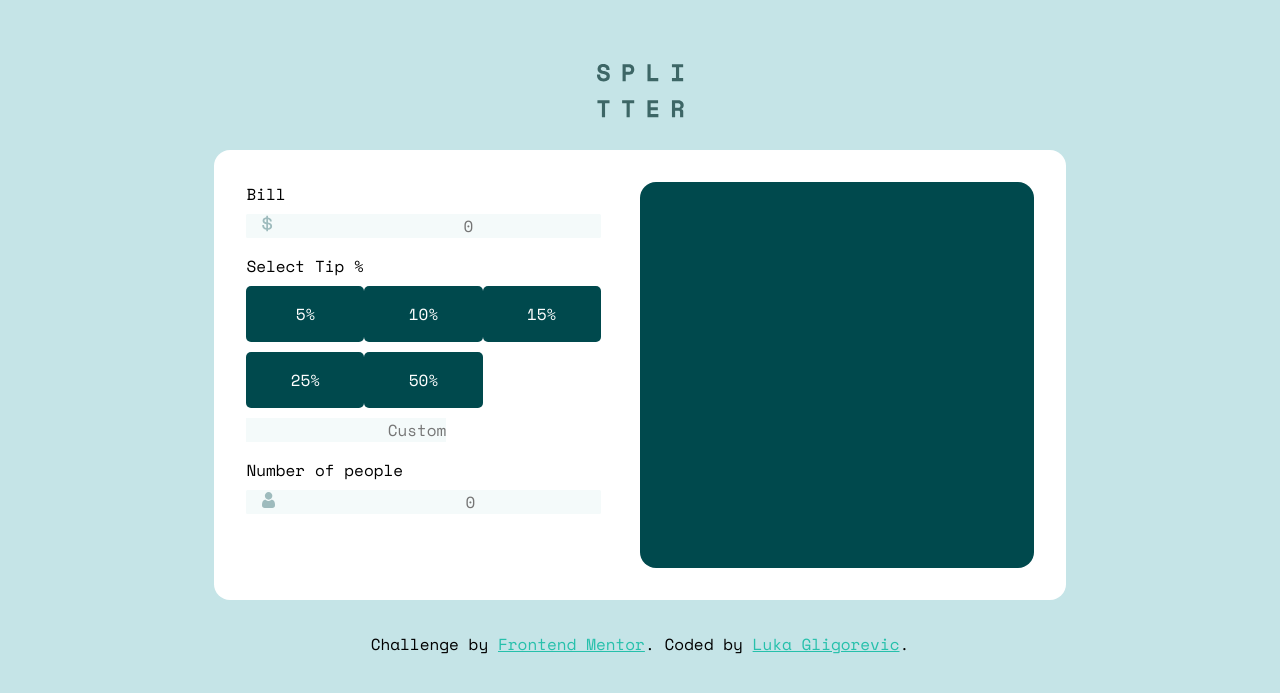
Repository: gligor99/tip-fmentor
Page: /
An editor plug-in stored every save of this project. The page is shown before and after the next save, followed by the edit.
The browser window is 1280 px wide. The pictures show the whole page.
The project was rebuilt for these pictures with package versions that can differ from the ones it lists, and the page was loaded fresh each time.

Above is the page before, as saved 2021-11-26 22:30:08.

### src/index.css
@import url("https://fonts.googleapis.com/css2?family=Space+Mono:wght@400;700&display=swap");

:root {
  --clr-primary: hsl(172, 67%, 45%);
  --clr-dark-cyan: hsl(183, 100%, 15%);
  --clr-dark-grayish-cyan: hsl(186, 14%, 43%);
  --clr-dark-grayish-cyan2: hsl(184, 14%, 56%);
  --clr-light-grayish-cyan: hsl(185, 41%, 84%);
  --clr-light-grayish-cyan2: hsl(189, 41%, 97%);
  --clr-white: hsl(0, 0%, 100%);
}

*,
::after,
::before {
  margin: 0;
  padding: 0;
  box-sizing: border-box;
}
body {
  font-family: "Space Mono", sans-serif;
  background: var(--clr-light-grayish-cyan);
  color: var(--clr-grey-1);
  line-height: 1.5;
  font-size: 1rem;
}

.App {
  display: flex;
  flex-direction: column;
  justify-content: center;
  padding: 2rem;
  max-height: 100vh;
}

.logo {
  display: flex;
  justify-content: center;
  padding: 2rem;
}

.attribution {
  font-size: 1rem;
  text-align: center;
  padding: 2rem;
}
.attribution a {
  color: var(--clr-primary);
}

.container {
  display: flex;
  justify-content: center;
  align-items: center;
  background-color: var(--clr-white);
  height: 30rem;
  width: 70%;
  margin: auto;
  padding: 2em;
  border-radius: 1rem;
}
.left-side,
.right-side {
  display: inline-block;
  height: 100%;
  width: 100%;
  border-radius: 1rem;
}
.left-side {
  background-color: var(--clr-white);
  display: flex;
  flex-direction: column;
}
.right-side {
  background-color: var(--clr-dark-cyan);
}
label {
  display: inline-block;
  margin-top: 1rem;
  margin-block-end: 0.5em;
}

label:nth-child(1) {
  margin-top: 0px;
}
.input-div {
  background-color: hsl(189, 41%, 97%);
  width: 90%;
  border-radius: 0.1rem;
  margin-top: 0px;
}
/* Hiding arrows from number inputs */
/* Chrome, Safari, Edge, Opera */
input::-webkit-outer-spin-button,
input::-webkit-inner-spin-button {
  -webkit-appearance: none;
  margin: 0;
}

/* Firefox */
input[type="number"] {
  -moz-appearance: textfield;
}

input {
  background-color: var(--clr-light-grayish-cyan2);
  font-family: "Space Mono", monospace;
  color: var(--clr-light-grayish-cyan);
  font-size: 1rem;
  text-align: right;
  border: none;
}

.input-icon {
  padding-left: 1rem;
}

.percentage-btn,
.custom-tip,
.reset-btn {
  font-family: "Space Mono", monospace;
  font-size: 1rem;
  padding: 1rem;
  text-align: center;
}

.percentage-btn,
.custom-tip {
  width: 30%;
  border: none;
  border-radius: 5px;
  margin-bottom: 10px;
}

.percentage-btn {
  background-color: hsl(183, 100%, 15%);
  color: hsl(0, 0%, 100%);
}

.custom-tip {
  width: 23%;
  color: hsl(186, 14%, 43%);
  font-weight: bold;
  background-color: hsl(189, 41%, 97%);
}

.percentage-btn:hover,
.percentage-btn:focus {
  background-color: hsl(172, 67%, 45%);
  color: hsl(183, 100%, 15%);
}

@media screen and (max-width: 700px) {
  .App {
    display: flex;
    flex-direction: rows;
    justify-content: center;
    padding: 1rem;
  }
  .container {
    background-color: var(--clr-white);
    height: 30rem;
    width: 100%;
    margin: auto;
  }
  .left-side,
  .right-side {
    display: inline-block;
    height: 100%;
    width: 100%;
    padding: 2rem;
    border-radius: 1rem;
  }
  .left-side {
    background-color: whites;
  }
  .right-side {
    background-color: var(--clr-dark-cyan);
  }
}

### src/App.tsx
import Footer from "./components/Footer";
import logo from "./assets/logo.svg";
import Tipper from "./components/Tipper";

function App() {
  return (
    <div className="App">
      <div className="logo">
        <img src={logo} alt="logo" />
      </div>
      <Tipper />
      <Footer name="Luka Gligorevic" />
    </div>
  );
}

export default App;

### src/components/Footer.tsx
type Props = {
  name: String;
};

const Footer: React.FC<Props> = ({ name }) => {
  return (
    <div className="attribution">
      Challenge by{" "}
      <a
        href="https://www.frontendmentor.io?ref=challenge"
        target="_blank"
        rel="noreferrer"
      >
        Frontend Mentor
      </a>
      . Coded by <a href="https://github.com/gligor99">{name}</a>.
    </div>
  );
};

export default Footer;

### src/components/Tipper.tsx
import iconDollar from "../assets/icon-dollar.svg";
import iconPeople from "../assets/icon-person.svg";

const Tipper = () => {
  return (
    <section className="container">
      <div className="left-side">
        <form>
          <label htmlFor="bill">Bill</label>
          <div className="input-div">
            <img className="input-icon" src={iconDollar} alt="dollarIcon" />
            <input type="number" placeholder="0" />
          </div>
          <label htmlFor="select-tip">Select Tip %</label>
          <div className="buttons">
            <button className="percentage-btn" data-value="5">
              5%
            </button>
            <button className="percentage-btn" data-value="5">
              10%
            </button>
            <button className="percentage-btn" data-value="5">
              15%
            </button>
            <button className="percentage-btn" data-value="5">
              25%
            </button>
            <button className="percentage-btn" data-value="5">
              50%
            </button>
            <input type="number" placeholder="Custom" />
          </div>
          <label htmlFor="no-of-people">Number of people</label>
          <div className="input-div">
            <img className="input-icon" src={iconPeople} alt="personIcon" />
            <input type="number" placeholder="0" />
          </div>
        </form>
      </div>
      <div className="right-side"></div>
    </section>
  );
};

export default Tipper;

Loaded but not shown: public/index.html (common file); src/index.tsx (common file)

After the next save:
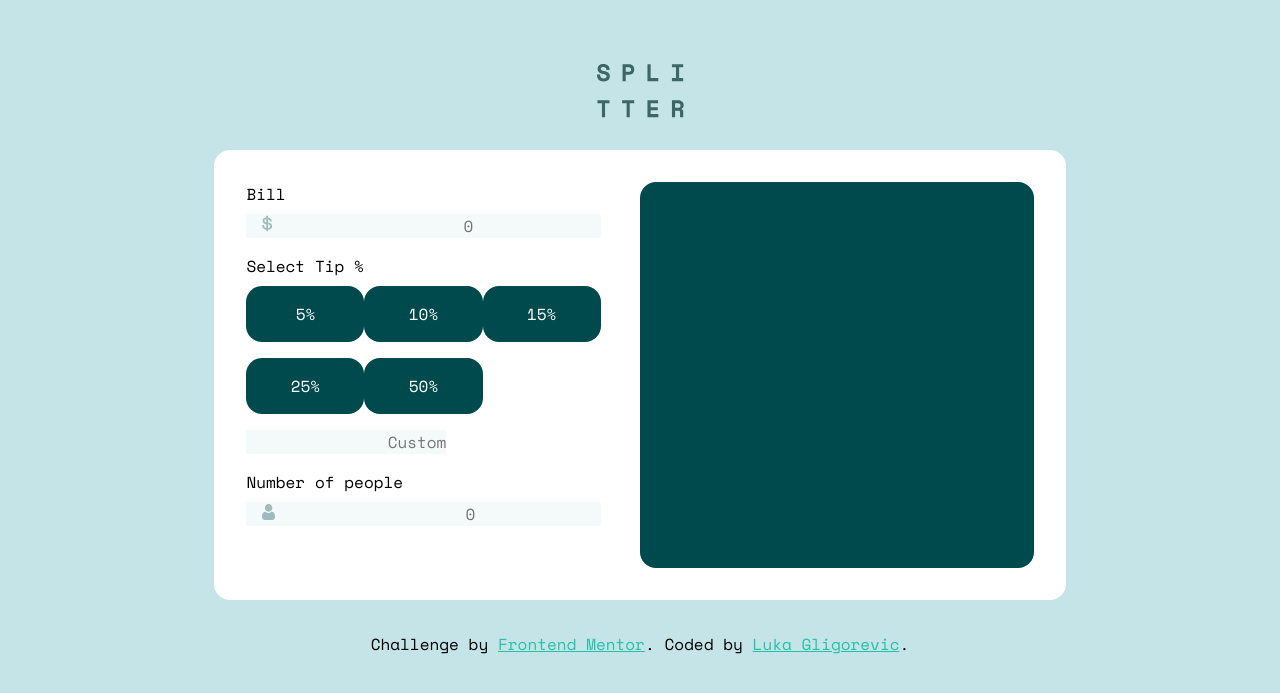
Saved 10 s later.
--- a/src/index.css
+++ b/src/index.css
@@ -128,8 +128,8 @@ input {
 .custom-tip {
   width: 30%;
   border: none;
-  border-radius: 5px;
-  margin-bottom: 10px;
+  border-radius: 1rem;
+  margin-bottom: 1rem;
 }
 
 .percentage-btn {
